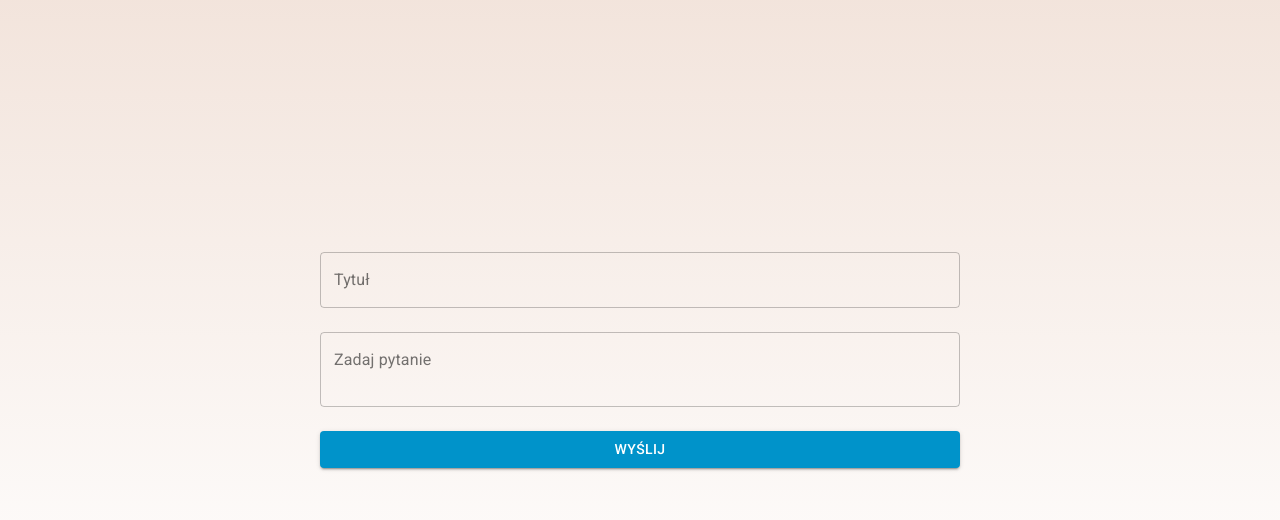
Repository: piotr-bocian/Projekt-5
Page: /
The author's editor kept a copy of each file at every save. The page is drawn from the files as they stood at one save, then again after the next save.
The browser window is 1280 px wide. The pictures show the whole page.
The project was rebuilt for these pictures with package versions that can differ from the ones it lists, and the page was loaded fresh each time.

Above is the page before, as saved 2021-03-22 17:56:46.

After the next save:
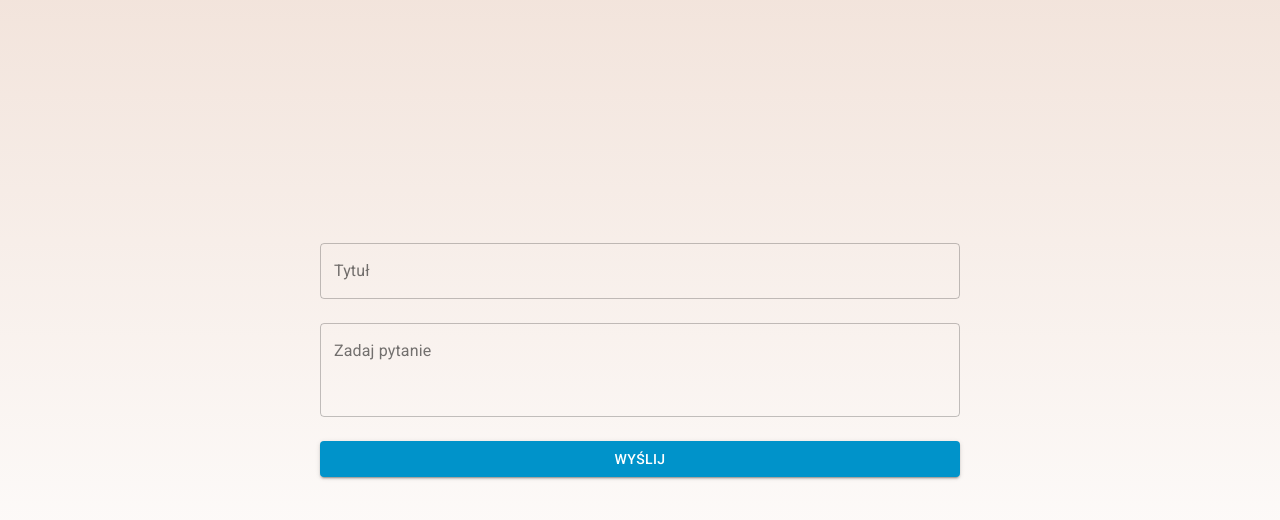
Saved 40 s later.
--- a/src/components/Organisms/AdotpionForm/AdotpionForm.js
+++ b/src/components/Organisms/AdotpionForm/AdotpionForm.js
@@ -38,7 +38,7 @@ const AdotpionForm = () => {
                         variant="outlined"
                         label="Zadaj pytanie"
                         multiline
-                        rows={2}
+                        rows={3}
                         value={occupation} onChange={(e) => setOccupation(e.target.value)}
                         fullWidth
                     />
